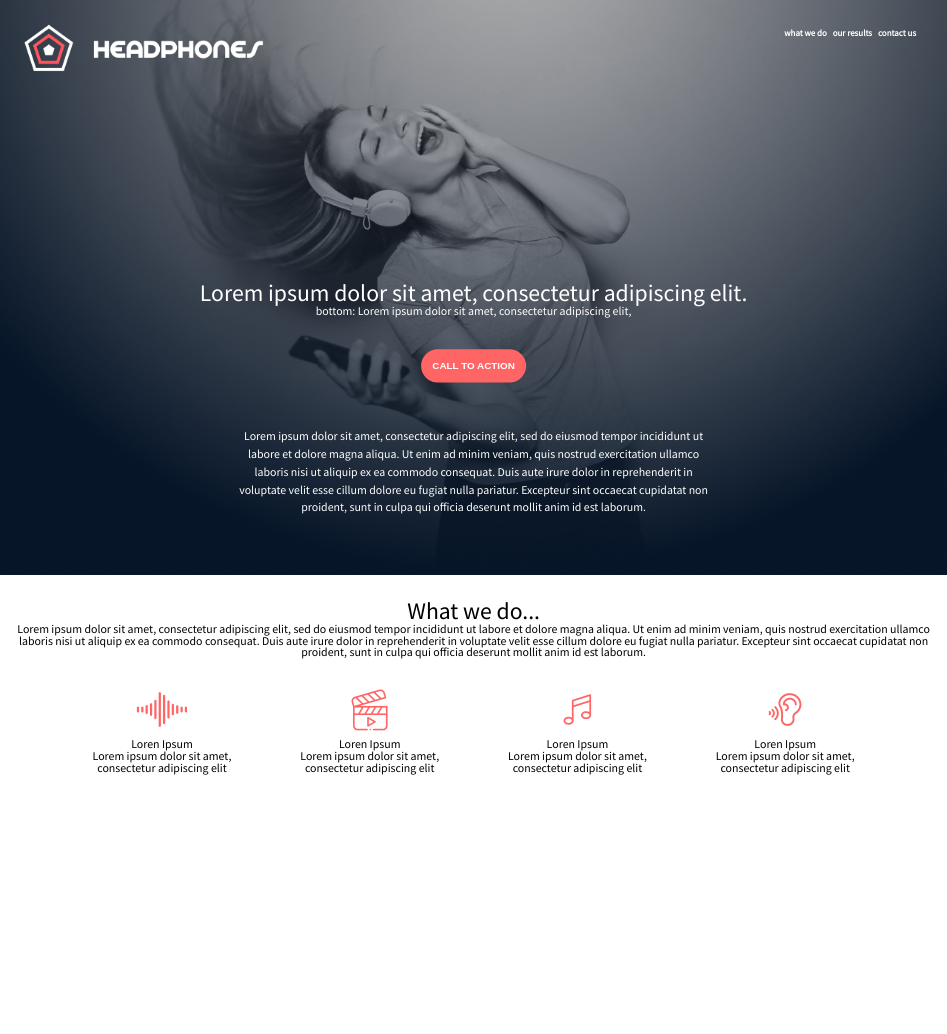
Repository: seleniadelgado/holbertonschool-web_front_end
Page: 0x09-implement_a_design_from_scratch/1-index.html
An editor plug-in stored every save of this project. The page is shown before and after the next save, followed by the edit.
The browser window is 1280 px wide. The pictures show the whole page, at 74% of full size.

Above is the page before, as saved 2020-03-20 13:23:21.

After the next save:
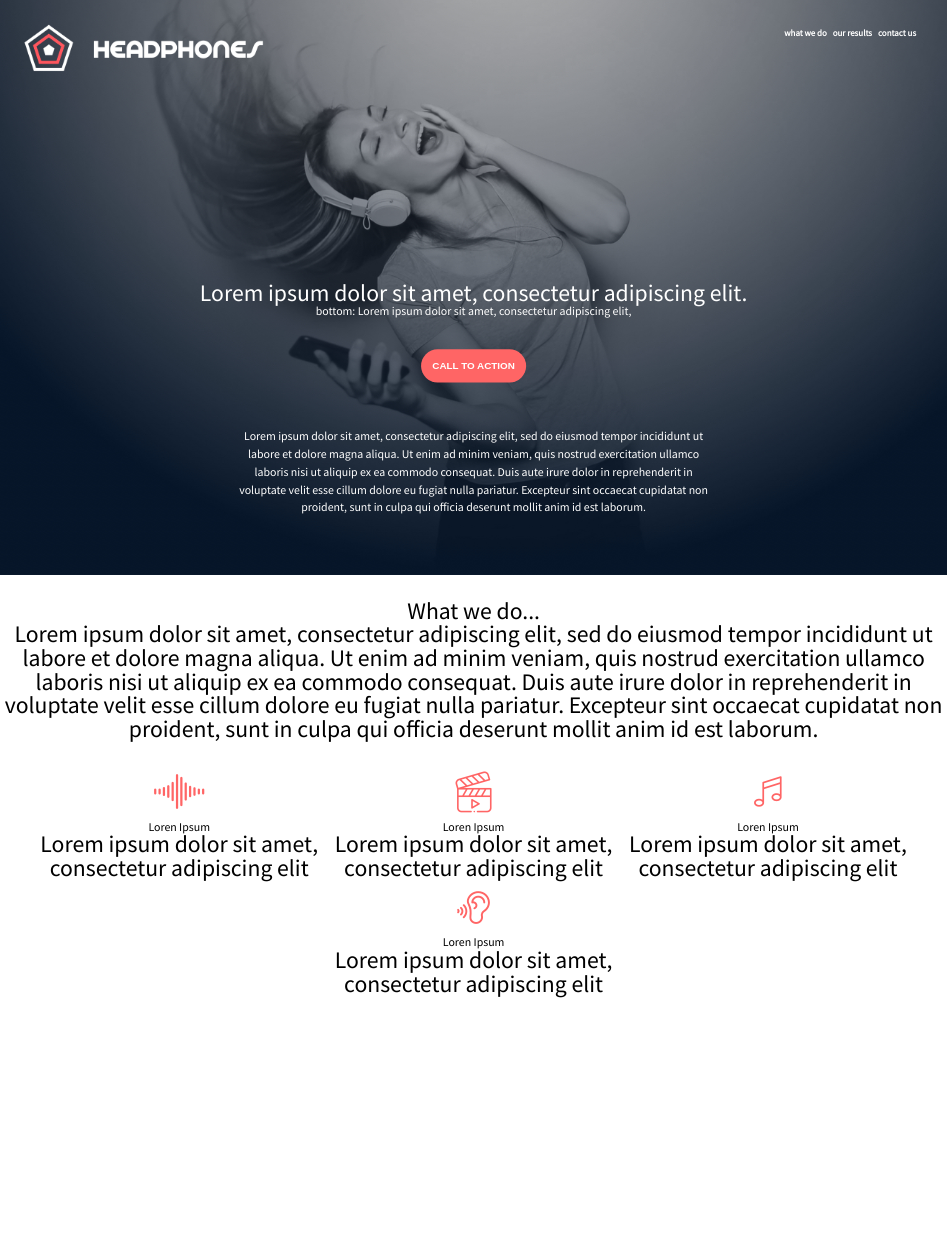
Saved 2 h 9 min later.
--- a/0x09-implement_a_design_from_scratch/1-styles.css
+++ b/0x09-implement_a_design_from_scratch/1-styles.css
@@ -249,4 +249,5 @@
 }
 .content p {
     text-align: center;
-}
+    font-size: var(--font-size-lg);
+}

After the save that followed:
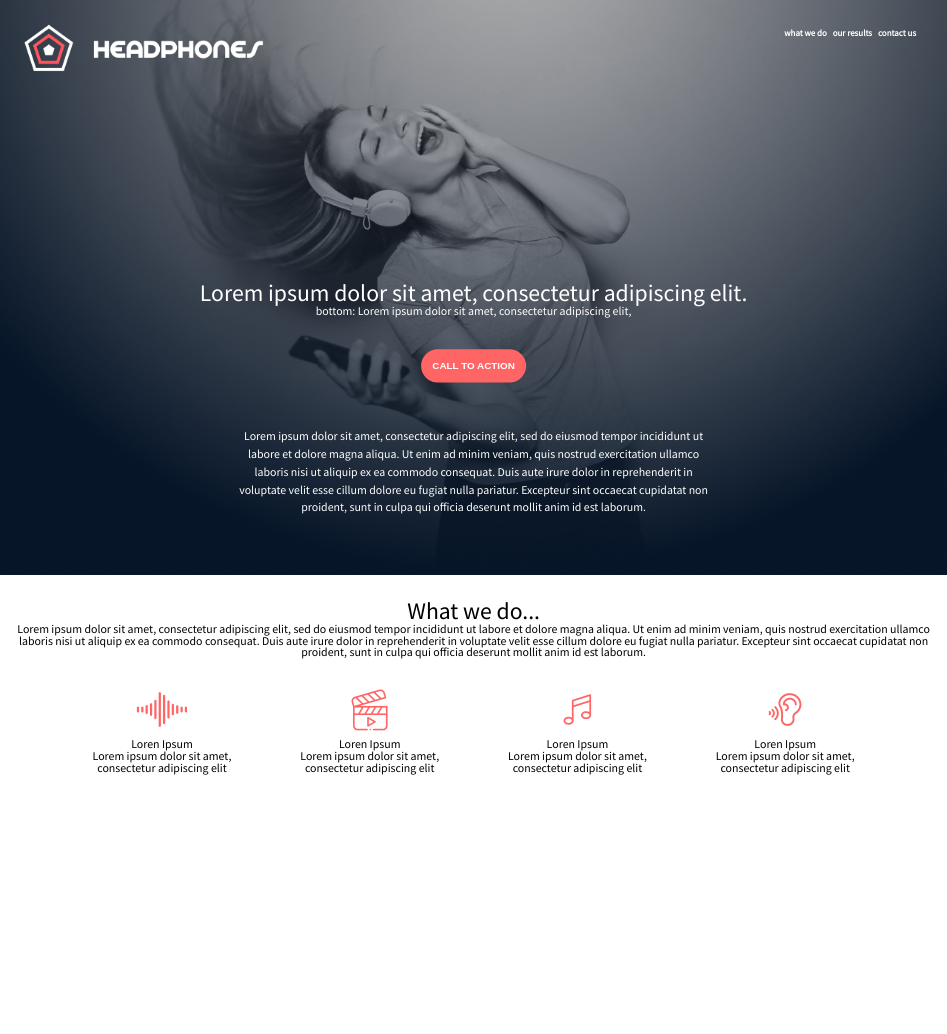
Saved 4 s later.
--- a/0x09-implement_a_design_from_scratch/1-styles.css
+++ b/0x09-implement_a_design_from_scratch/1-styles.css
@@ -249,5 +249,5 @@
 }
 .content p {
     text-align: center;
-    font-size: var(--font-size-lg);
-}
+    font-size: var(--font-size-md);
+}
